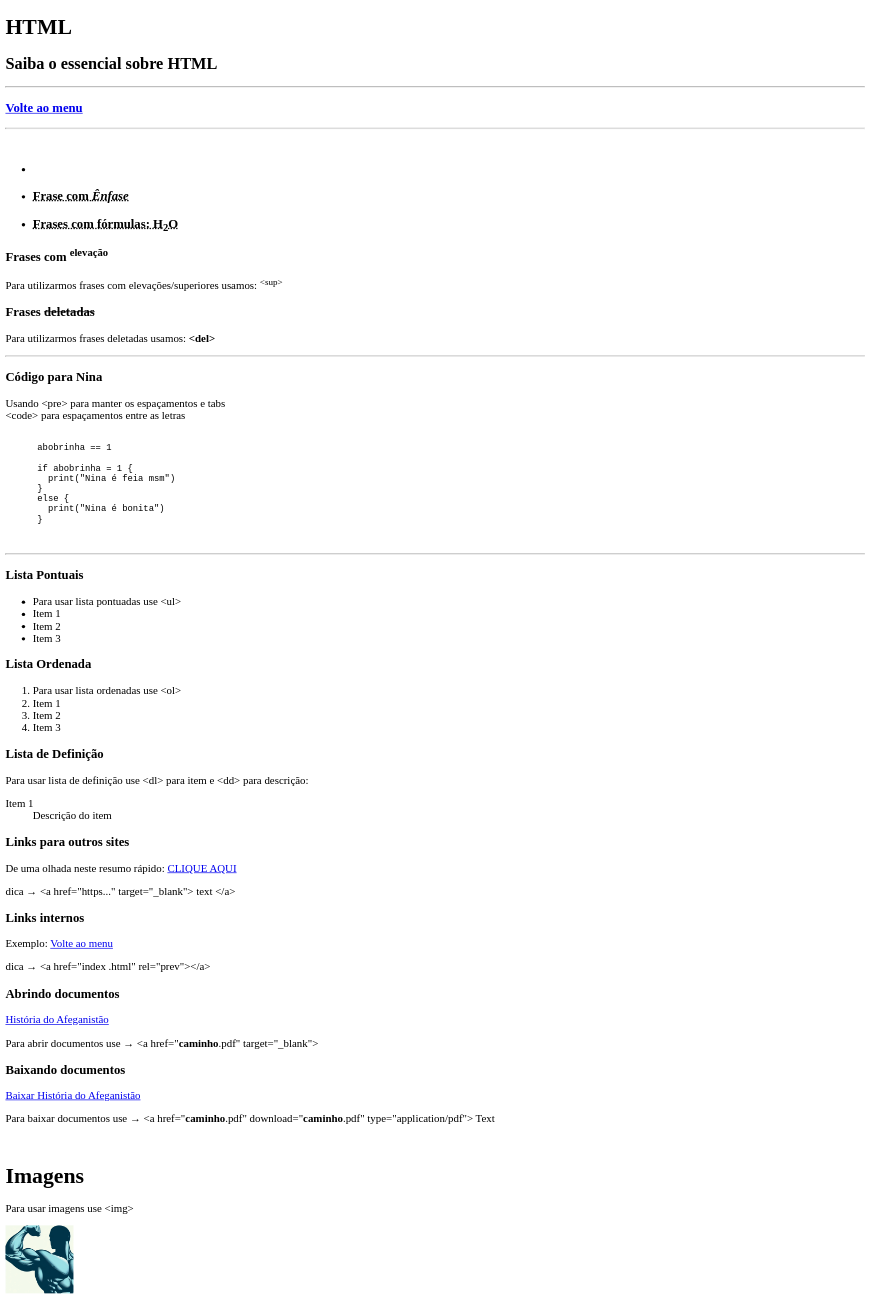
Repository: LuidyOn/Site_Forca_Total
Page: ForçaTotal/sobreHTML.html
These files come from the project's save history. The page is drawn as it stood at one moment and after the next save; the edit follows.
The browser window is 1280 px wide. The pictures show the whole page, at 68% of full size.

Above is the page before, as saved 2025-05-15 20:12:42.

### ForçaTotal/sobreHTML.html
<!DOCTYPE html>
<html lang="pt-br">
<head>
  <meta charset="UTF-8">
  <meta name="viewport" content="width=device-width, initial-scale=1.0">
  <link rel="shortcut icon" href="img/icons/logo.ico" type="image/x-icon">
  <title>Testes Força total</title>
</head>
<body>
  <h1>HTML</h1>
  <h2>Saiba o essencial sobre HTML</h2>

  <hr>
  <h3><a href="index.html" rel="prev"> Volte ao menu</a></h3>
  <hr>

  <p><br></p>

  <ul><li><abbr title=""></abbr></li></ul>

  <ul><li><h3> <abbr title="Para deixar uma frase com ênfase, usamos: <em> ">Frase com <em>Ênfase</em></h3> </abbr>
  </li></ul>

    <ul><li><h3><abbr title="Para utilizarmos frases 'baixas' ou fórmulas usamos: <sub></sub>"> Frases com fórmulas: H<sub>2</sub>O</abbr></h3>
</li></ul>


  <h3>Frases com <sup>elevação</sup></h3>
  <p>Para utilizarmos frases com elevações/superiores usamos: <sup>&lt;sup&gt;</sup></p>

  <h3>Frases <del>deletadas</del></h3>
  <p>Para utilizarmos frases deletadas usamos: <strong>&lt;del&gt;</strong></p>

  <hr>

  <h3>Código para Nina</h3>
  <p>Usando &lt;pre&gt; para manter os espaçamentos e tabs <br> &lt;code&gt; para espaçamentos entre as letras</p>

  <p></p>

  <pre>
    <code>
      abobrinha == 1

      if abobrinha = 1 {
        print("Nina é feia msm")
      }
      else {
        print("Nina é bonita")
      }
    </code>
  </pre>

  <hr>

  <h3>Lista Pontuais</h3>
  <ul>
    <li>Para usar lista pontuadas use &lt;ul&gt;</li>
    <li>Item 1</li>
    <li>Item 2</li>
    <li>Item 3</li>
  </ul>

  <h3>Lista Ordenada</h3>
  <ol>
    <li>Para usar lista ordenadas use &lt;ol&gt;</li>
    <li>Item 1</li>
    <li>Item 2</li>
    <li>Item 3</li>
  </ol>

  <h3>Lista de Definição</h3>
  <dl>
    <dt>Para usar lista de definição use &lt;dl&gt; para item e &lt;dd&gt para descrição:</dt>

    <p></p>
    <dt>
      Item 1
      <dd>Descrição do item</dd>
    </dl>

    <h3>Links para outros sites</h3>
    <p>De uma olhada neste resumo rápido: <a href="https://www.youtube.com/watch?v=dQw4w9WgXcQ" target="_blank" rel="External"> CLIQUE AQUI </a></p>
    <p>dica &rarr; &lt;a href="https..." target="_blank"&gt; text &lt;/a&gt;</p>

    <h3>Links internos</h3>

    <p>Exemplo: <a href="index.html" rel="prev"> Volte ao menu</a></p>
    <p>dica &rarr; &lt;a href="index .html" rel="prev"&gt;&lt;/a&gt;</p>

    <h3>Abrindo documentos</h3>
    <p><a href="Documentos/PDFs/GUERRA DO AFEGANISTÃO.pdf" target="_blank"> História do Afeganistão</a></p>

    <p>Para abrir documentos use &rarr; &lt;a href="<strong>caminho</strong>.pdf" target="_blank"&gt;</p>

    <h3>Baixando documentos</h3>
    <p><a href="Documentos/PDFs/GUERRA DO AFEGANISTÃO.pdf" target="_blank" download="Documentos/PDFs/GUERRA DO AFEGANISTÃO.pdf" type="application/pdf"> Baixar História do Afeganistão</a></p>

    <p>Para baixar documentos use &rarr; &lt;a href="<strong>caminho</strong>.pdf" download="<strong>caminho</strong>.pdf" type="application/pdf"&gt; Text</p>

  <p><br></p>

  <h1>Imagens</h1>
  <p>Para usar imagens use &lt;img&gt;</p>
  <img src="img/parteSerior.png" alt="parte superior" style="width: 100px; height: 100px;">
</body>
</html>

After the next save:
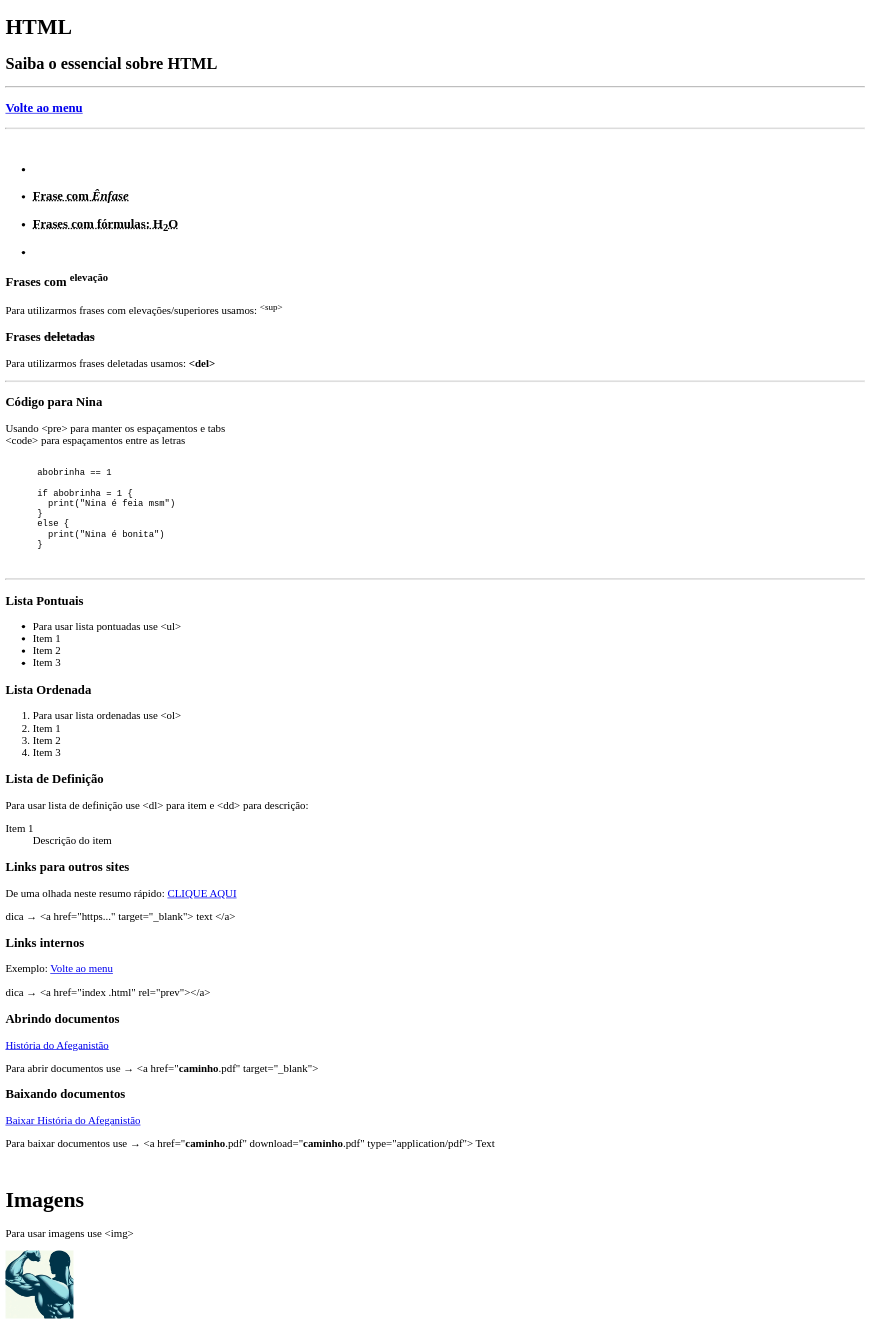
Saved 22 s later.
--- a/ForçaTotal/sobreHTML.html
+++ b/ForçaTotal/sobreHTML.html
@@ -24,6 +24,7 @@
     <ul><li><h3><abbr title="Para utilizarmos frases 'baixas' ou fórmulas usamos: <sub></sub>"> Frases com fórmulas: H<sub>2</sub>O</abbr></h3>
 </li></ul>
 
+<ul><li><abbr title=""></abbr></li></ul>
 
   <h3>Frases com <sup>elevação</sup></h3>
   <p>Para utilizarmos frases com elevações/superiores usamos: <sup>&lt;sup&gt;</sup></p>
